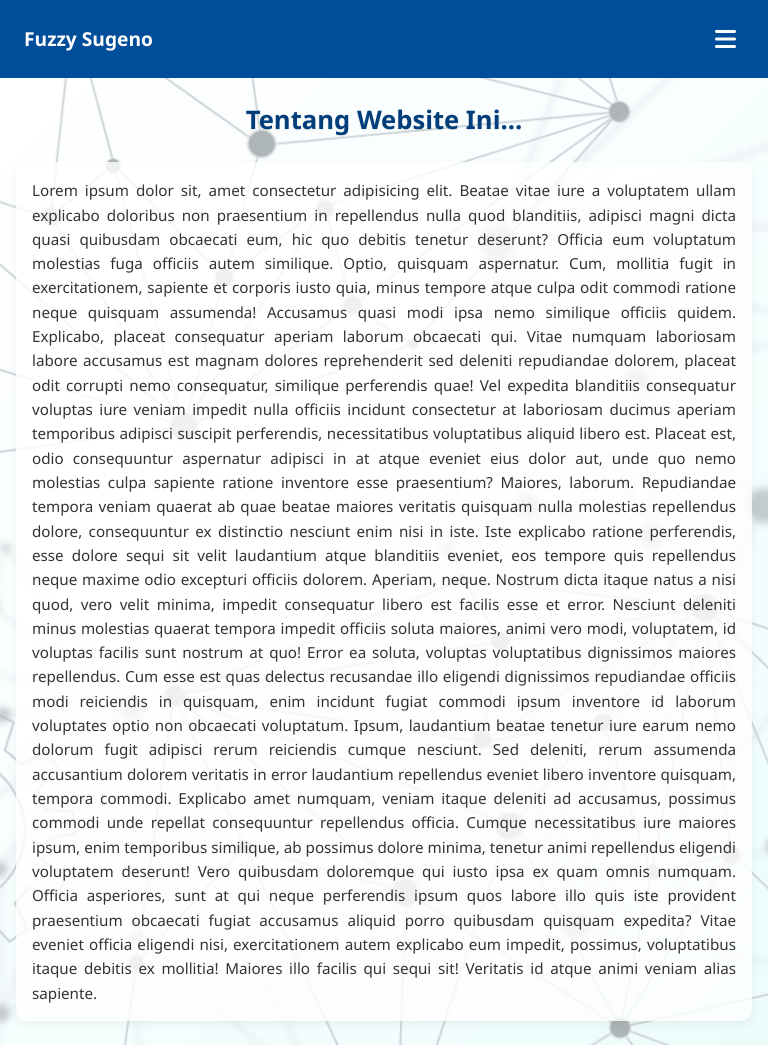
Repository: Senicccc/Defuzzy-Sugeno
Page: http://localhost/php/about.php
These files come from the project's save history. The page is drawn as it stood at one moment and after the next save; the edit follows.
The browser window is 768 px wide. The pictures show the whole page.
The page is run by PHP 8.4 with error messages shown; the project is at /var/www/html/.

Above is the page before, as saved 2025-06-09 11:21:27.

After the next save:
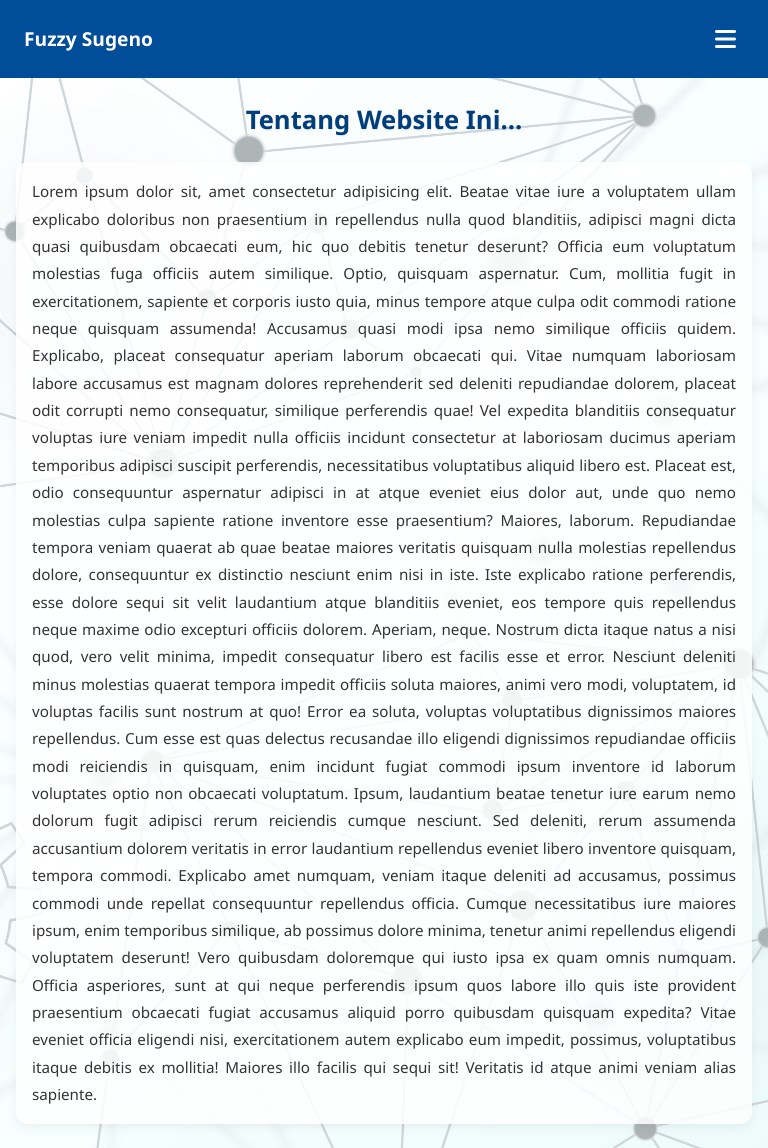
Saved 74 s later.
--- a/css/about.css
+++ b/css/about.css
@@ -24,27 +24,30 @@ body {
   text-align: justify;
   min-height: calc(100vh - 80px);
   padding: 2rem;
-  background-blend-mode: overlay;
-  background-color: rgba(
-    255,
-    255,
-    255,
-    0.9
-  );
-    radial-gradient(
-      circle at 10% 20%,
-      rgba(0, 77, 153, 0.04) 0%,
-      transparent 20%
-    ),
-    radial-gradient(
-      circle at 90% 80%,
-      rgba(0, 77, 153, 0.04) 0%,
-      transparent 20%
-    );
-  background-size: cover;
-  background-position: center;
   backdrop-filter: blur(2px);
   box-shadow: inset 0 0 0 2000px rgba(255, 255, 255, 0.2);
+  animation: fadeIn 0.8s ease-out forwards;
+}
+
+/* Pola Lingkaran di Atas Background Gambar */
+.hero::before {
+  content: "";
+  position: absolute;
+  top: 0;
+  left: 0;
+  right: 0;
+  bottom: 0;
+  z-index: 0;
+  background-image:
+    radial-gradient(circle at 10% 20%, rgba(0, 77, 153, 0.04) 0%, transparent 20%),
+    radial-gradient(circle at 90% 80%, rgba(0, 77, 153, 0.04) 0%, transparent 20%);
+  pointer-events: none;
+}
+
+/* Supaya konten tetap di atas pola */
+.hero > * {
+  position: relative;
+  z-index: 1;
 }
 
 /* Judul */
@@ -56,6 +59,7 @@ body {
   max-width: 900px;
   line-height: 1.4;
   text-shadow: 0 1px 2px rgba(0, 0, 0, 0.1);
+  text-align: center;
 }
 
 /* Paragraf */
@@ -63,10 +67,12 @@ body {
   max-width: 1000px;
   font-size: 1rem;
   color: #333;
-  background-color: rgba(255, 255, 255, 0.8);
+  background-color: rgba(255, 255, 255, 0.85);
   padding: 1.2rem;
   border-radius: 12px;
   box-shadow: 0 4px 10px rgba(0, 0, 0, 0.05);
+  line-height: 1.8;
+  text-align: justify;
 }
 
 /* Responsif */
@@ -78,7 +84,6 @@ body {
 
   .hero h1 {
     font-size: 1.6rem;
-    text-align: center;
   }
 
   .hero p {
@@ -109,7 +114,3 @@ body {
     transform: translateY(0);
   }
 }
-
-.hero {
-  animation: fadeIn 0.8s ease-out forwards;
-}
